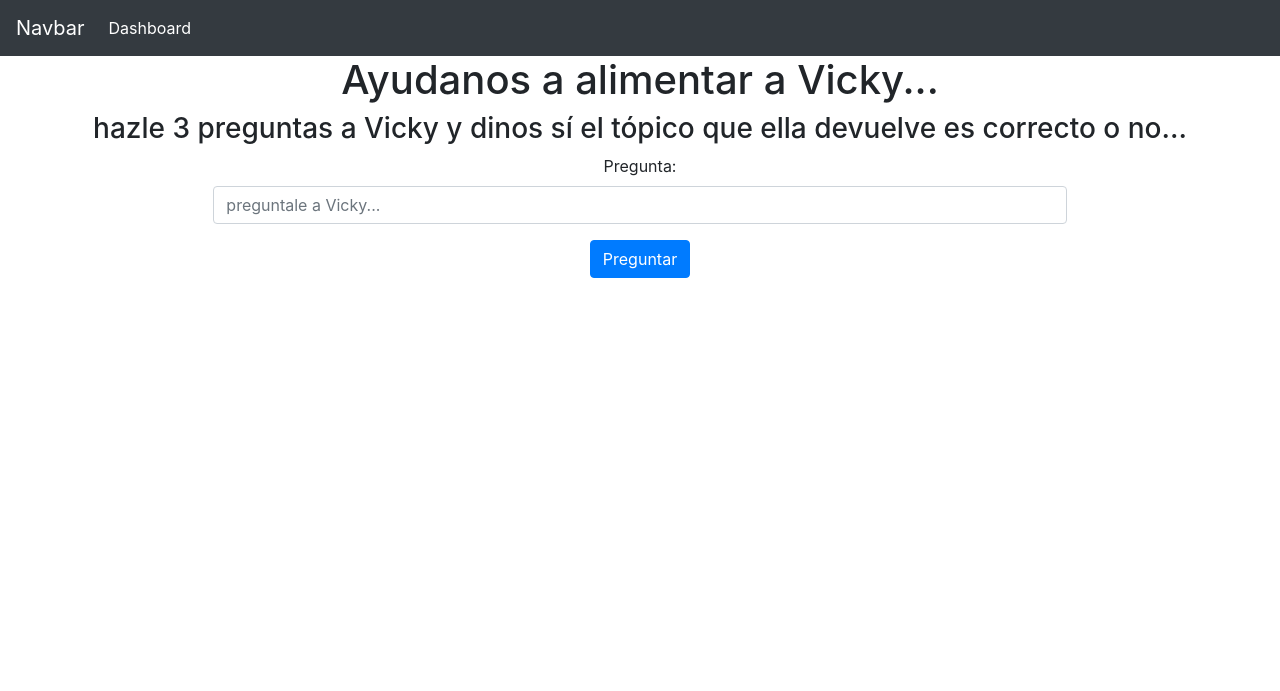
Repository: Crixtiancub/feedback_Vicky
Page: http://localhost/
The author's editor kept a copy of each file at every save. The page is drawn from the files as they stood at one save, then again after the next save.
The browser window is 1280 px wide. The pictures show the whole page.
The page is served by the project's application, run on Django 3.2 (manage.py).

Above is the page before, as saved 2021-05-11 09:23:03.

After the next save:
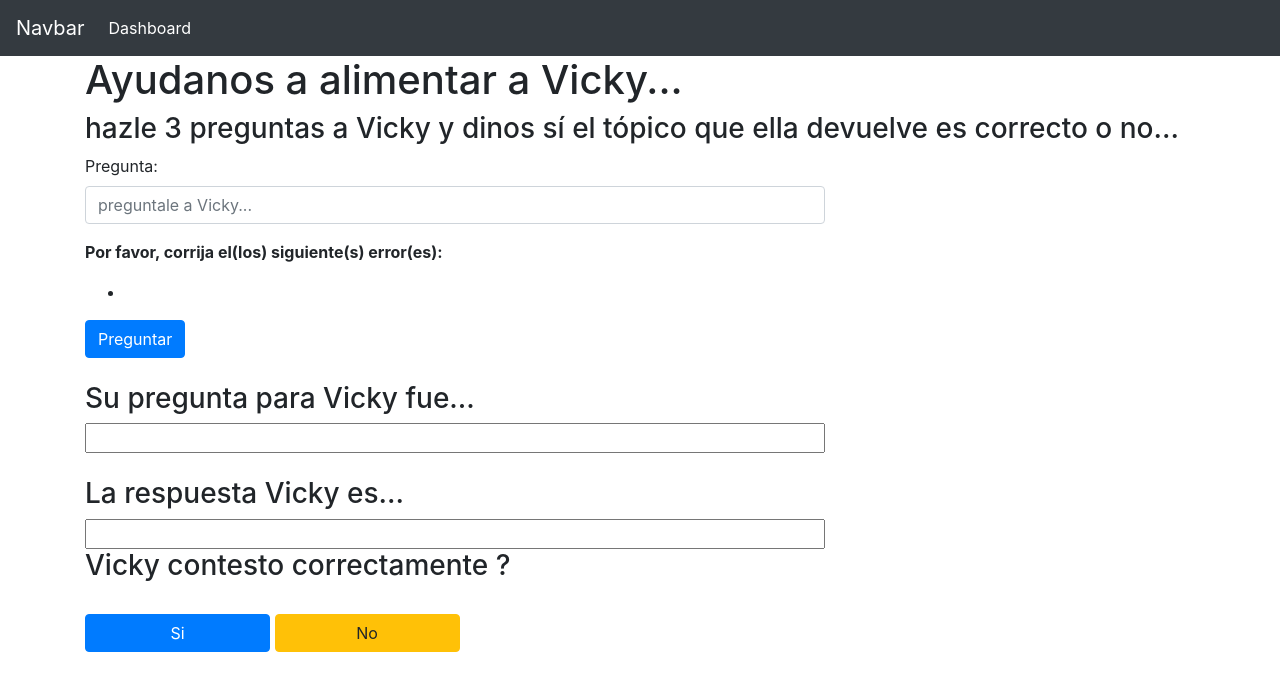
Saved 5 min 59 s later.
--- a/vicky/templates/dashboard.html
+++ b/vicky/templates/dashboard.html
@@ -2,7 +2,8 @@
 
 {% block content %}
 
-<center>
+<div id="form_Vicky" class="container">
+
     <h1>Ayudanos a alimentar a Vicky...</h1>
 
     <h3>hazle {{ num_visits }} {%if num_visits == 1%} pregunta{% else %}
@@ -20,19 +21,19 @@
             placeholder="preguntale a Vicky..." required>
         </div>
 
-        <!-- <p v-if="errors.length">
+        <p v-if="errors.length">
             <b>Por favor, corrija el(los) siguiente(s) error(es):</b>
             <ul>
               <li v-for="error in errors">{{ error }}</li>
             </ul>
-        </p> -->
+        </p>
 
         <input type="submit" id="preguntar" class="btn btn-primary" value="Preguntar">
     </form>
 
     <br>
 
-    <div id="target" style="display: none;">
+    <div id="target" :value="false">
         <form method="POST">
             {% csrf_token%}
 
@@ -53,7 +54,7 @@
         </form>
     </div>
 
-</center>
+</div>
 
 <script>
 
@@ -62,49 +63,29 @@
     //     return false;
     // }
 
-    // const app = new Vue({
-    //     el: '#preguntar_Vicky',
-    //     data: {
-    //         errors: [],
-    //         pregunta: null,
-    //         view: null
-    //     },
-    //     methods:{
-    //         checkForm: function (e) {
+    const app = new Vue({
+        el: '#form_vicky',
+        data: {
+            errors: [],
+            pregunta: null,
+            view: null
+        },
+        methods:{
+            checkForm: function (e) {
 
-    //             if (this.pregunta) {
-    //                 return true;
-    //             }
+                if (this.pregunta) {
+                    return true;
+                }
 
-    //             this.errors = [];
+                this.errors = [];
 
-    //             if (!this.pregunta) {
-    //                 this.errors.push('Por favor, realice una pregunta.');
-    //                 return false
-    //             }
-
-    //             e.preventDefault();
-    //         }
-    //     }
-    // })
-
-	$(document).ready(function(){
-        $("#preguntar").on("click", function()
-            {
-                $('#target').show();
+                if (!this.pregunta) {
+                    this.errors.push('Por favor, realice una pregunta.');
+                    return false
+                }
             }
-        );
-
-		$("#responder_Si").on( "click", function()
-        {
-			$('#target').hide(); //oculto mediante id
-		});
-
-        $("#responder_No").on( "click", function()
-        {
-			$('#target').hide(); //oculto mediante id
-		});
-	});
+        }
+    })
 
 </script>
 
